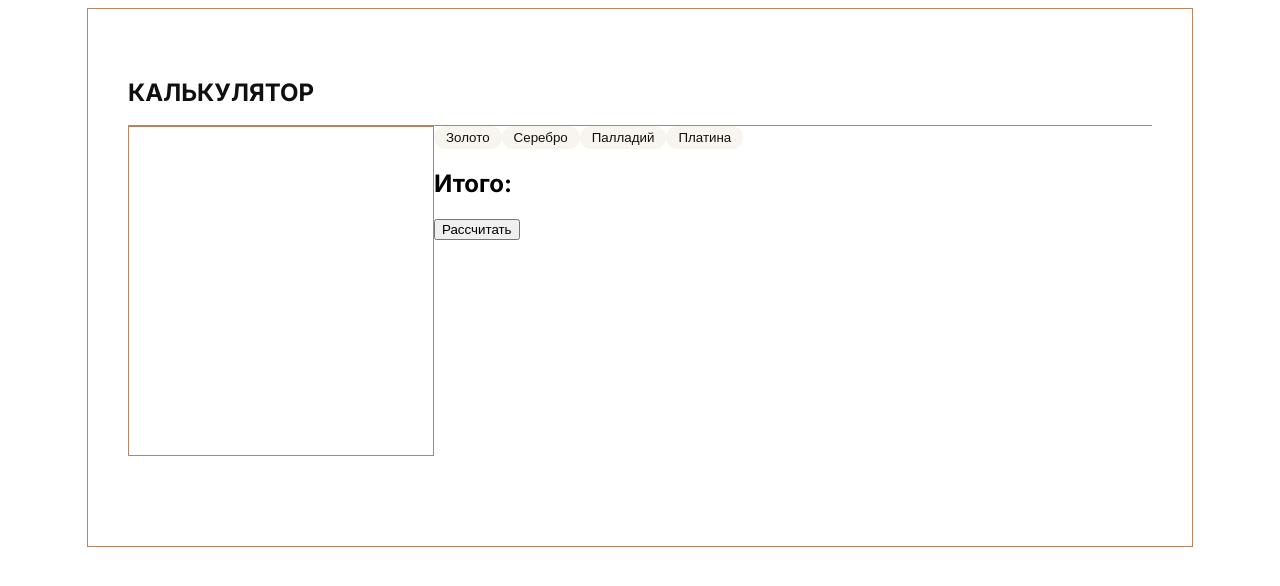
Repository: Kirill2034/Calculator-metal
Page: /
The author's editor kept a copy of each file at every save. The page is drawn from the files as they stood at one save, then again after the next save.
The browser window is 1280 px wide. The pictures show the whole page.
The project was rebuilt for these pictures with package versions that can differ from the ones it lists, and the page was loaded fresh each time.

Above is the page before, as saved 2021-11-27 18:33:52.

After the next save:
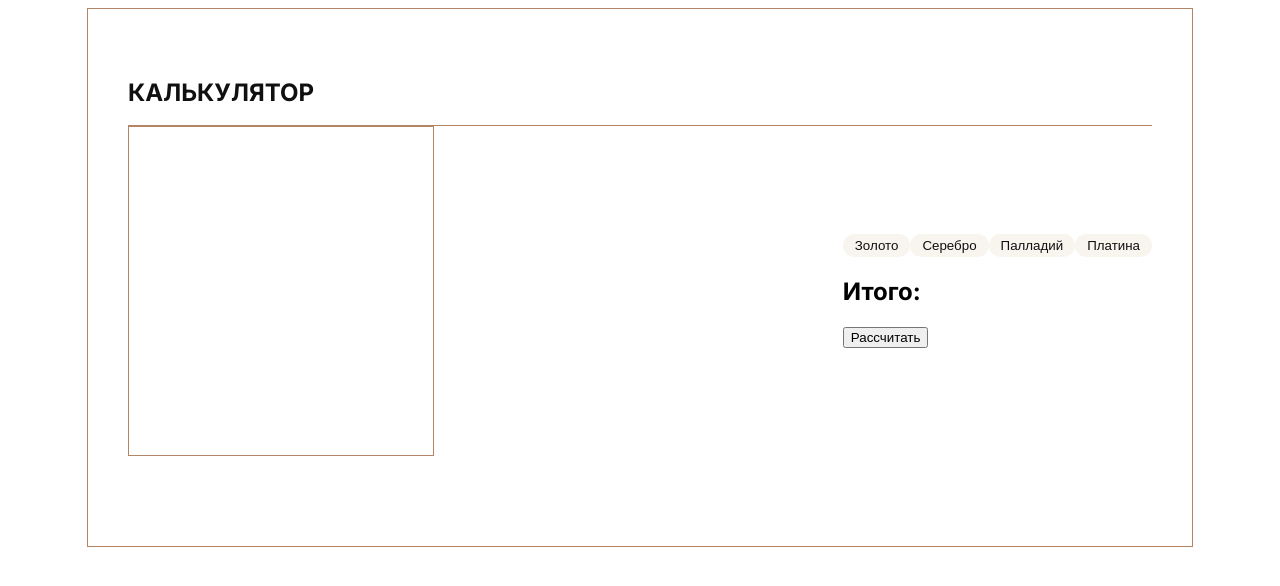
Saved 17 s later.
--- a/src/App.css
+++ b/src/App.css
@@ -1,5 +1,5 @@
 .App {width: 1024px; height: 537px; border: 1px solid #B48565; margin: 0 auto; font-family: 'Inter', sans-serif; padding: 0 40px;}
 .App .title {border-bottom: 1px solid #B48565; text-transform: uppercase; font-weight: 900; font-size: 16px; line-height: 24px; color: #101010; margin-top: 72px;}
 
-.App .calculator {display: flex;}
+.App .calculator {display: flex; align-items: center; justify-content: space-between;}
 .App .calculator .metal-image {width: 304px; height: 328px; border: 1px solid #B48565}
